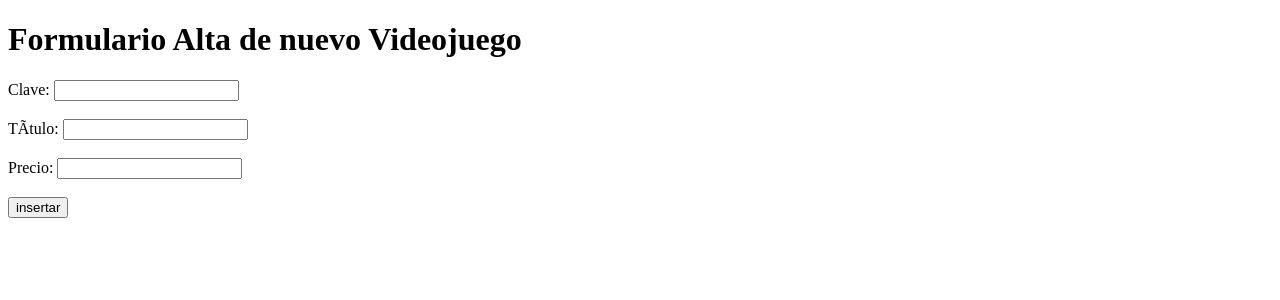
Repository: Jatziri16/JavaEE
Page: http://localhost/TiendaVideojuegos/FormularioInsertarVideojuego.jsp
The author's editor kept a copy of each file at every save. The page is drawn from the files as they stood at one save, then again after the next save.
The browser window is 1280 px wide. The pictures show the whole page.
The page is served by Tomcat 9. Other server files are loaded and not shown.

Above is the page before, as saved 2023-12-06 02:55:21.

### TiendaVideojuegos/src/main/webapp/FormularioInsertarVideojuego.jsp
<!DOCTYPE html>
<html>
<head>
	<meta charset="UTF-8">
	<title>Formulario Alta Videojuego</title>
</head>
<body>
	<h1>Formulario Alta de nuevo Videojuego</h1>
	<form>
		Clave:
		<input type="text" name="cve"><br><br>
		Título:
		<input type="text" name="titulo"><br><br>
		Precio:
		<input type="text" name="precio"><br><br>
		<input type="button" value="insertar"><br><br>
	</form>
</body>
</html>

### TiendaVideojuegos/src/main/webapp/css/style.css
body
{
	background-color: gray;
}
h1
{
	text-align: center;
}
.contenedor {
    padding: 30px 0;
}

.centrar
{
display: flex;
  justify-content: center;
    /* margin: 0 auto; */
}
.centrar-2
{
	margin: 0 auto;
}
.invalido {
	margin-top: 5px;
    font-size: 80%;
}

.login-container {
    /* background-image: linear-gradient(rgba(0, 0, 0, 0.5), rgba(0, 0, 0, 0.5)), url(../../../../assets/imgs/login-bg.png); */
    background-size: cover;
    background-color: rgba(20, 20, 20, 0.908);
	border-radius: 5px;
    padding: 30px 50px;
    color: white;
}
.warning-container
{
	background-size: cover;
    background-color: red;
	border-radius: 5px;
    padding: 30px 50px;
    color: white;
}
.button {
  background-color: transparent; /* Green */
  border: none;
  padding: 5px 0;
  width: 100%;
  text-align: center;
  text-decoration: none;
  display: inline-block;
  font-size: 16px;
  margin: 4px 2px;
  transition-duration: 0.4s;
  cursor: pointer;
  border-radius: 8px;
}

.btn-insertar {
  color: white;
  border: 2px solid #4CAF50;
}
.btn-actualizar {
  color: white;
  border: 2px solid #db752d;
}
.btn-cancelar {
  color: white;
  border: 2px solid #474747;
}

.btn-insertar:hover {
  background-color: #4CAF50;
  color: white;
}
.btn-actualizar:hover {
  background-color: #db752d;
  color: white;
}
.btn-cancelar:hover {
  background-color: #474747;
  color: white;
}

/*input {
	border: 1px solid red;
}*/

### TiendaVideojuegos/src/main/webapp/js/validaciones_vid.js
function validarForms()
{
	console.log("ENTRO A validarForms()")
	//let clave = document.getElementById("clave").value;
	let titulo = document.getElementById("titulo").value;
	let precio = document.getElementById("precio").value;
	//let cveprov = document.getElementById("cveprov").value;
	let cveprov = document.getElementById("selectprov").value;
	let inv = document.getElementById("inventario").value;

	console.log("selected prov: "+cveprov);
	//clave == "" ||
	if(titulo == "" || precio == "" || cveprov == "" || inv == "") {
		setWarnsMsj();
	}
	else
	{
		//"clave = "+clave+
		alert("\ntitulo = "+titulo+"\nprecio = "+precio+"\ncveprov = "+cveprov+"\ninv = "+inv)
		//clave="+clave+"&
		document.forms[0].action = "InsertarVideojuego.do?titulo="+titulo+"&precio="+precio+"&cveprov="+cveprov+"&inventario="+inv;
		document.forms[0].method = "get";
		document.forms[0].submit();
		alert("Videojuego insertado");
	}
}

function validarFormsUpdate()
{
	console.log("ENTRO A validarFormsUpdate()")
	let clave = document.getElementById("clave").value;
	let titulo = document.getElementById("titulo").value;
	let precio = document.getElementById("precio").value;
	//let cveprov = document.getElementById("cveprov").value;
	let cveprov = document.getElementById("cveprov").value.split(" ")
	cveprov = cveprov[0];
	let inv = document.getElementById("inventario").value;

	if(titulo == "" || precio == "" || inv == "") {
		setWarnsMsj();
	}
	else
	{
		alert("clave="+clave+"\ntitulo = "+titulo+"\nprecio = "+precio+"\ncveprov = "+cveprov+"\ninv = "+inv)
		document.forms[0].action = "ActualizarVideojuego.jsp?clave="+clave+"&titulo="+titulo+"&precio="+precio+"&cveprov="+cveprov+"&inventario="+inv;
		document.forms[0].method = "post";
		document.forms[0].submit();
		alert("Videojuego actualizado");
	}
}

function setWarnsMsj()
{
    //if(clave == "") document.getElementById("warn_clave").innerHTML = "*Ingrese una clave";
	if(titulo == "") document.getElementById("warn_titulo").innerHTML = "*Ingrese un titulo";
	if(precio == "") document.getElementById("warn_precio").innerHTML = "*Ingrese el precio del videojuego";
	//if(cveprov == "") document.getElementById("warn_cveprov").innerHTML = "*Ingrese la clave del proveedor";
	//if(inv == "") document.getElementById("warn_inventario").innerHTML = "*Ingrese la cantidad en existencia";

	document.getElementById("ilistalert").innerHTML = "Todos los campos son obligatorios";
    document.getElementById("ilistalert").style.display = "inherit";
    setTimeout(function () {
      document.getElementById("ilistalert").style.display = "none";
    }, 5000);
}

function filtrarVideojuegos()
{
	const claveProv = document.getElementById("selectprov").value;
	console.log("selected prov: "+claveProv);
}

After the next save:
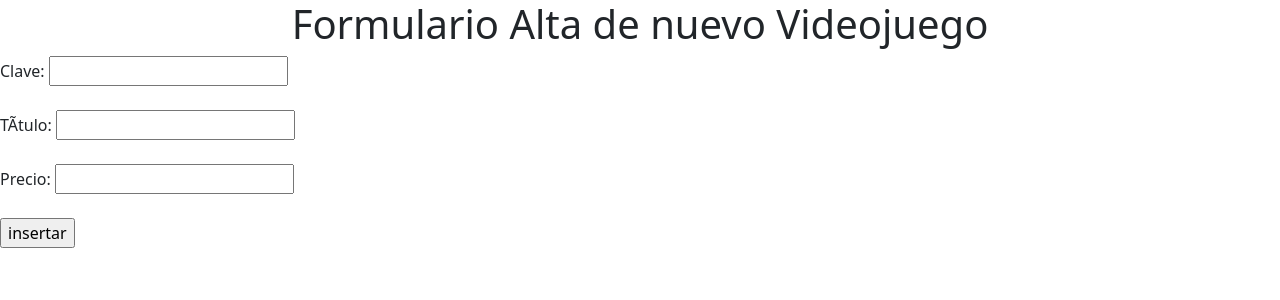
Saved 27 s later.
--- a/TiendaVideojuegos/src/main/webapp/FormularioInsertarVideojuego.jsp
+++ b/TiendaVideojuegos/src/main/webapp/FormularioInsertarVideojuego.jsp
@@ -3,6 +3,10 @@
 <head>
 	<meta charset="UTF-8">
 	<title>Formulario Alta Videojuego</title>
+	<link rel=stylesheet href="css/style.css" type="text/css">
+	<!-- Bootstrap -->
+ 		<link href="https://cdn.jsdelivr.net/npm/bootstrap@5.1.3/dist/css/bootstrap.min.css" rel="stylesheet" integrity="sha384-1BmE4kWBq78iYhFldvKuhfTAU6auU8tT94WrHftjDbrCEXSU1oBoqyl2QvZ6jIW3" crossorigin="anonymous">
+	<script type="text/javascript" src="js/validaciones_vid.js"></script>
 </head>
 <body>
 	<h1>Formulario Alta de nuevo Videojuego</h1>
